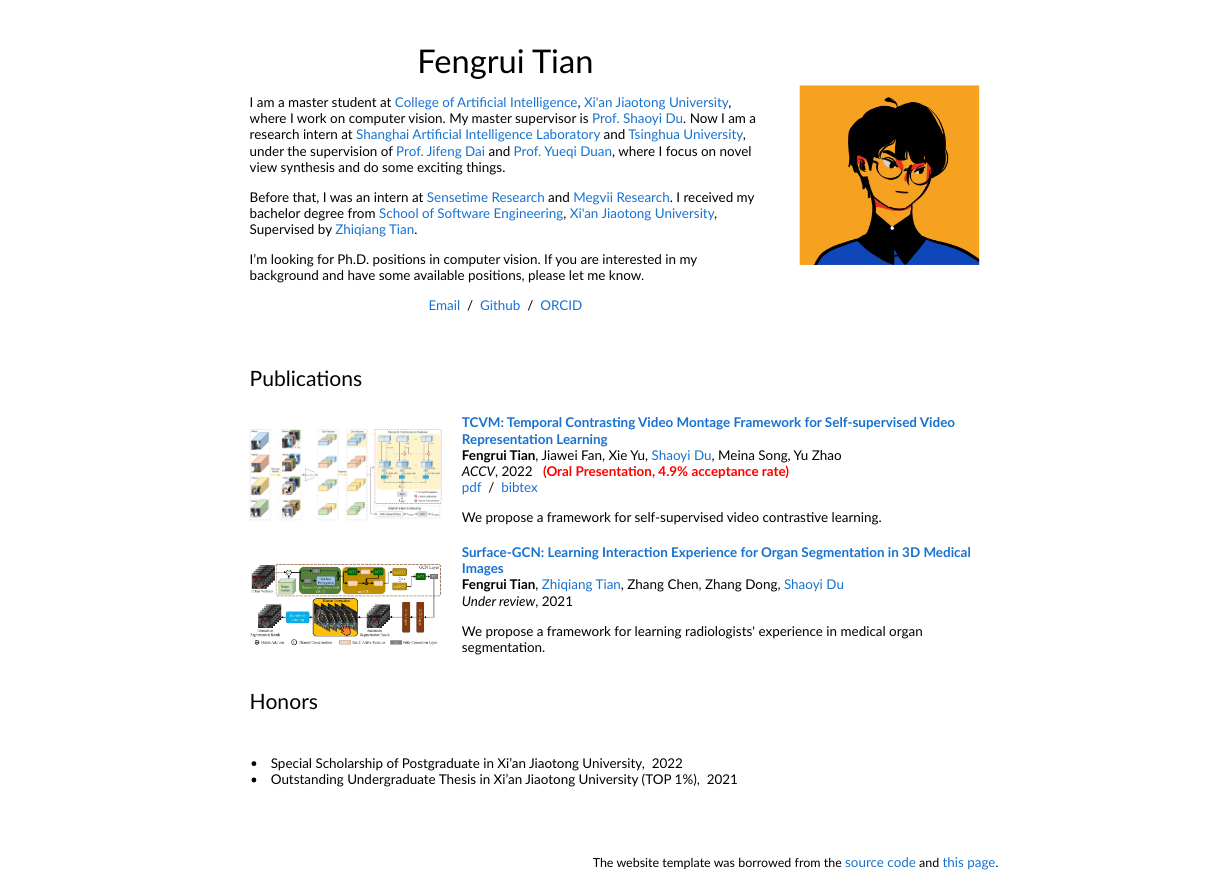
Repository: tianfr/tianfr.github.io
Page: index.html
The author's editor kept a copy of each file at every save. The page is drawn from the files as they stood at one save, then again after the next save.
The browser window is 1280 px wide. The pictures show the whole page, at 96% of full size.

Above is the page before, as saved 2022-11-20 16:18:44.

### index.html
<!DOCTYPE HTML>
<html lang="en"><head><meta http-equiv="Content-Type" content="text/html; charset=UTF-8">

  <title>Fengrui Tian </title>

  <meta name="author" content="Fengrui Tian">
  <meta name="viewport" content="width=device-width, initial-scale=1">

  <link rel="stylesheet" type="text/css" href="stylesheet.css">
	<link rel="icon" href="data:[embedded picture, 141 characters]">
</head>

<body>
  <table style="width:100%;max-width:800px;border:0px;border-spacing:0px;border-collapse:separate;margin-right:auto;margin-left:auto;"><tbody>
    <tr style="padding:0px">
      <td style="padding:0px">
        <table style="width:100%;border:0px;border-spacing:0px;border-collapse:separate;margin-right:auto;margin-left:auto;"><tbody>
          <tr style="padding:0px">
            <td style="padding:2.5%;width:63%;vertical-align:middle">
              <p style="text-align:center">
                <name>
                  Fengrui Tian
                  <!-- <font face="KaiTi" size="6">田丰瑞</font> -->
                </name>
              </p>
              <p>I am a master student at <a href="http://iair.xjtu.edu.cn/">College of Artificial Intelligence</a>, <a href="http://www.xjtu.edu.cn/">Xi'an Jiaotong University</a>, where I work on computer vision. My master supervisor is <a href="https://gr.xjtu.edu.cn/en/web/dushaoyi/home">Prof. Shaoyi Du</a>. Now I am a research intern at <a href="https://www.shlab.org.cn/">Shanghai Artificial Intelligence Laboratory</a> and <a href="https://www.tsinghua.edu.cn/">Tsinghua University</a>, under the supervision of <a href="https://jifengdai.org/">Prof. Jifeng Dai</a> and  <a href="https://duanyueqi.github.io/">Prof. Yueqi Duan</a>, where I focus on novel view synthesis and do some exciting things.
              </p>
              <p> Before that, I was an intern at <a href="https://www.sensetime.com/">Sensetime Research</a> and
                <a href="https://www.megvii.com/">Megvii Research</a>. I received my bachelor degree from  <a href="https://blog.google/products/google-ar-vr/introducing-next-generation-jump/">School of Software Engineering</a>, <a href="http://www.xjtu.edu.cn/">Xi'an Jiaotong University</a>, Supervised by <a href="https://gr.xjtu.edu.cn/en/web/zhiqiangtian/home">Zhiqiang Tian</a>.
              </p>
              <p>  I’m looking for Ph.D. positions in computer vision. If you are interested in my background and have some available positions, please let me know.
              </p>
              <p style="text-align:center">
                <a href="mailto:tianfr@stu.xjtu.edu.cn">Email</a> &nbsp/&nbsp
                <!-- <a href="data/JonBarron-CV.pdf">CV</a> &nbsp/&nbsp -->
                <!-- <a href="data/JonBarron-bio.txt">Bio</a> &nbsp/&nbsp -->
                <!-- <a href="https://scholar.google.com/citations?hl=en&user=jktWnL8AAAAJ">Google Scholar</a> &nbsp/&nbsp -->
                <!-- <a href="https://twitter.com/jon_barron">Twitter</a> &nbsp/&nbsp -->
                <a href="https://github.com/tianfr/">Github</a> &nbsp/&nbsp
                <a href="https://orcid.org/0000-0002-9577-5276">ORCID</a>
              </p>
            </td>
            <td style="padding:2.5%;width:25%;max-width:25%">
              <a href="images/Fengrui_Tian_avatar.jpg"><img style="width:100%;max-width:100%" alt="profile photo" src="images/Fengrui_Tian_avatar.jpg" class="hoverZoomLink"></a>
            </td>
          </tr>
        <!-- </tbody></table>
        <table style="width:100%;border:0px;border-spacing:0px;border-collapse:separate;margin-right:auto;margin-left:auto;"><tbody>
            <tr>
            <td style="padding:20px;width:100%;vertical-align:middle">
              <heading>Research</heading>
              <p>
                I'm interested in computer vision, machine learning, optimization, and image processing. Much of my research is about inferring the physical world (shape, motion, color, light, etc) from images. Representative papers are <span class="highlight">highlighted</span>.
              </p>
            </td>
          </tr>
        </tbody></table> -->
        <table width="100%" align="center" border="0" cellspacing="0" cellpadding="20"><tbody>
          <tr>
            <td>
              <heading>Publications</heading>
            </td>
          </tr>
        </tbody></table>
        <table style="width:100%;border:0px;border-spacing:0px;border-collapse:separate;margin-right:auto;margin-left:auto;"><tbody>

          <tr onmouseout="dreamfusion_stop()" onmouseover="dreamfusion_start()">
            <td style="padding:20px;width:25%;vertical-align:middle">
              <img src="images/tcvm_overview.jpg" alt="prl" width="200" height="95">
            </td>
            <!-- <td style="padding:20px;width:25%;vertical-align:middle">
              <div class="one">
                <div class="two" id='dreamfusion_image'><video  width=100% height=100% muted autoplay loop>
                <source src="images/dreamfusion.mp4" type="video/mp4">
                Your browser does not support the video tag.
                </video></div>
                <img src='images/tcvm_overview.jpg' width="160">
              </div>
              <script type="text/javascript">
                function dreamfusion_start() {
                  document.getElementById('dreamfusion_image').style.opacity = "1";
                }

                function dreamfusion_stop() {
                  document.getElementById('dreamfusion_image').style.opacity = "0";
                }
                dreamfusion_stop()
              </script>
            </td> -->
            <!-- <td style="padding:20px;width:75%;vertical-align:middle"> -->
            <td width="75%" valign="middle">
              <a href="paper/22accv_tcvm.pdf">
                <papertitle>TCVM: Temporal Contrasting Video Montage Framework for Self-supervised Video Representation Learning</papertitle>
              </a>
              <br>
              <strong>Fengrui Tian</strong>,
              Jiawei Fan,
              Xie Yu,
              <a href="https://gr.xjtu.edu.cn/en/web/dushaoyi/home">Shaoyi Du</a>,
              Meina Song,
              Yu Zhao
              <br>
              <em>ACCV</em>, 2022 &nbsp <font color="red"><strong>(Oral Presentation, 4.9% acceptance rate)</strong></font>
              <br>
              <a href="paper/22accv_tcvm.pdf">pdf</a>  &nbsp/&nbsp
              <a href="data/accv22TCVM.bib">bibtex</a>
              <p></p>
              <p>
              We propose a framework for self-supervised video contrastive learning.
              </p>
            </td>
          </tr>


          <tr>
            <td style="padding:20px;width:25%;vertical-align:middle">
              <img src="images/surfacegcn.jpg" alt="prl" width="200" height="85">
            </td>
            <td width="75%" valign="middle">
              <a href="">
                <papertitle>Surface-GCN: Learning Interaction Experience for Organ Segmentation in 3D Medical Images</papertitle>
              </a>
              <br>
              <strong>Fengrui Tian</strong>,
              <a href="https://gr.xjtu.edu.cn/en/web/zhiqiangtian/home">Zhiqiang Tian</a>,
              Zhang Chen,
              Zhang Dong,
              <a href="https://gr.xjtu.edu.cn/en/web/dushaoyi/home">Shaoyi Du</a>
              <br>
              <em>Under review</em>, 2021
              <br>
              <!-- <a href="data/BarronPRL2009.bib">bibtex</a> -->
              <p>We propose a framework for learning radiologists' experience in medical organ segmentation.</p>
            </td>
          </tr>

        </tbody></table>


        <table width="100%" align="center" border="0" cellspacing="0" cellpadding="20"><tbody>
          <tr>
            <td>
              <heading>Honors</heading>
            </td>
          </tr>
        </tbody></table>
        <table width="100%" align="center" border="0" cellpadding="20"><tbody>
          <tr>
            <td style="padding:20px;width:100%;vertical-align:middle">
              <li>Special Scholarship of Postgraduate in Xi’an Jiaotong University,&nbsp; 2022 </li>
              <li>Outstanding Undergraduate Thesis in Xi’an Jiaotong University (TOP 1%),&nbsp; 2021 </li> <br>
          </td>

          </tr>


        </tbody></table>
        <table style="width:100%;border:0px;border-spacing:0px;border-collapse:separate;margin-right:auto;margin-left:auto;"><tbody>
          <tr>
            <td style="padding:0px">
              <br>
              <p style="text-align:right;font-size:small;">
                The website template was borrowed from the <a href="https://github.com/jonbarron/website">source code</a> and <a href="https://jonbarron.info/"> this page</a>.
              </p>
            </td>
          </tr>
        </tbody></table>
      </td>
    </tr>
  </table>
</body>

</html>

### stylesheet.css
/* latin-ext */
@font-face {
  font-family: 'Lato';
  font-style: italic;
  font-weight: 400;
  src: local('Lato Italic'), local('Lato-Italic'), url(https://fonts.gstatic.com/s/lato/v15/S6u8w4BMUTPHjxsAUi-qNiXg7eU0.woff2) format('woff2');
  unicode-range: U+0100-024F, U+0259, U+1E00-1EFF, U+2020, U+20A0-20AB, U+20AD-20CF, U+2113, U+2C60-2C7F, U+A720-A7FF;
}
/* latin */
@font-face {
  font-family: 'Lato';
  font-style: italic;
  font-weight: 400;
  src: local('Lato Italic'), local('Lato-Italic'), url(https://fonts.gstatic.com/s/lato/v15/S6u8w4BMUTPHjxsAXC-qNiXg7Q.woff2) format('woff2');
  unicode-range: U+0000-00FF, U+0131, U+0152-0153, U+02BB-02BC, U+02C6, U+02DA, U+02DC, U+2000-206F, U+2074, U+20AC, U+2122, U+2191, U+2193, U+2212, U+2215, U+FEFF, U+FFFD;
}
/* latin-ext */
@font-face {
  font-family: 'Lato';
  font-style: italic;
  font-weight: 700;
  src: local('Lato Bold Italic'), local('Lato-BoldItalic'), url(https://fonts.gstatic.com/s/lato/v15/S6u_w4BMUTPHjxsI5wq_FQftx9897sxZ.woff2) format('woff2');
  unicode-range: U+0100-024F, U+0259, U+1E00-1EFF, U+2020, U+20A0-20AB, U+20AD-20CF, U+2113, U+2C60-2C7F, U+A720-A7FF;
}
/* latin */
@font-face {
  font-family: 'Lato';
  font-style: italic;
  font-weight: 700;
  src: local('Lato Bold Italic'), local('Lato-BoldItalic'), url(https://fonts.gstatic.com/s/lato/v15/S6u_w4BMUTPHjxsI5wq_Gwftx9897g.woff2) format('woff2');
  unicode-range: U+0000-00FF, U+0131, U+0152-0153, U+02BB-02BC, U+02C6, U+02DA, U+02DC, U+2000-206F, U+2074, U+20AC, U+2122, U+2191, U+2193, U+2212, U+2215, U+FEFF, U+FFFD;
}
/* latin-ext */
@font-face {
  font-family: 'Lato';
  font-style: normal;
  font-weight: 400;
  src: local('Lato Regular'), local('Lato-Regular'), url(https://fonts.gstatic.com/s/lato/v15/S6uyw4BMUTPHjxAwXiWtFCfQ7A.woff2) format('woff2');
  unicode-range: U+0100-024F, U+0259, U+1E00-1EFF, U+2020, U+20A0-20AB, U+20AD-20CF, U+2113, U+2C60-2C7F, U+A720-A7FF;
}
/* latin */
@font-face {
  font-family: 'Lato';
  font-style: normal;
  font-weight: 400;
  src: local('Lato Regular'), local('Lato-Regular'), url(https://fonts.gstatic.com/s/lato/v15/S6uyw4BMUTPHjx4wXiWtFCc.woff2) format('woff2');
  unicode-range: U+0000-00FF, U+0131, U+0152-0153, U+02BB-02BC, U+02C6, U+02DA, U+02DC, U+2000-206F, U+2074, U+20AC, U+2122, U+2191, U+2193, U+2212, U+2215, U+FEFF, U+FFFD;
}
/* latin-ext */
@font-face {
  font-family: 'Lato';
  font-style: normal;
  font-weight: 700;
  src: local('Lato Bold'), local('Lato-Bold'), url(https://fonts.gstatic.com/s/lato/v15/S6u9w4BMUTPHh6UVSwaPGQ3q5d0N7w.woff2) format('woff2');
  unicode-range: U+0100-024F, U+0259, U+1E00-1EFF, U+2020, U+20A0-20AB, U+20AD-20CF, U+2113, U+2C60-2C7F, U+A720-A7FF;
}
/* latin */
@font-face {
  font-family: 'Lato';
  font-style: normal;
  font-weight: 700;
  src: local('Lato Bold'), local('Lato-Bold'), url(https://fonts.gstatic.com/s/lato/v15/S6u9w4BMUTPHh6UVSwiPGQ3q5d0.woff2) format('woff2');
  unicode-range: U+0000-00FF, U+0131, U+0152-0153, U+02BB-02BC, U+02C6, U+02DA, U+02DC, U+2000-206F, U+2074, U+20AC, U+2122, U+2191, U+2193, U+2212, U+2215, U+FEFF, U+FFFD;
}

a {
  color: #1772d0;
  text-decoration: none;
}

a:focus,
a:hover {
  color: #f09228;
  text-decoration: none;
}

body,
td,
th,
tr,
p,
a {
  font-family: 'Lato', Verdana, Helvetica, sans-serif;
  font-size: 14px
}

strong {
  font-family: 'Lato', Verdana, Helvetica, sans-serif;
  font-size: 14px;
}

heading {
  font-family: 'Lato', Verdana, Helvetica, sans-serif;
  font-size: 22px;
}

papertitle {
  font-family: 'Lato', Verdana, Helvetica, sans-serif;
  font-size: 14px;
  font-weight: 700
}

name {
  font-family: 'Lato', Verdana, Helvetica, sans-serif;
  font-size: 34px;
}

.one {
  width: 160px;
  height: 160px;
  position: relative;
}

.two {
  width: 160px;
  height: 160px;
  position: absolute;
  transition: opacity .2s ease-in-out;
  -moz-transition: opacity .2s ease-in-out;
  -webkit-transition: opacity .2s ease-in-out;
}

.fade {
  transition: opacity .2s ease-in-out;
  -moz-transition: opacity .2s ease-in-out;
  -webkit-transition: opacity .2s ease-in-out;
}

span.highlight {
  background-color: #ffffd0;
}

After the next save:
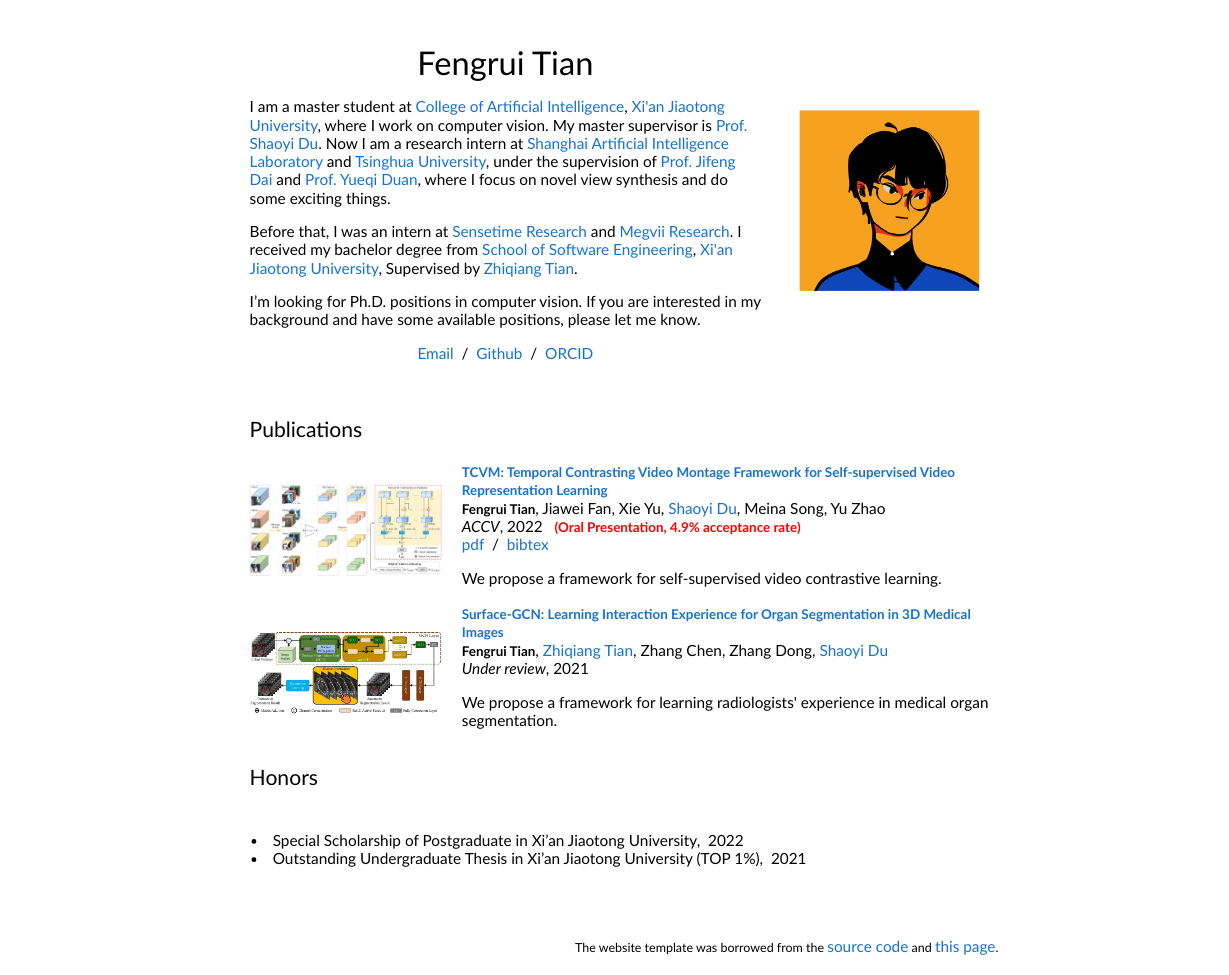
Saved 20 s later.
--- a/stylesheet.css
+++ b/stylesheet.css
@@ -81,7 +81,7 @@
 p,
 a {
   font-family: 'Lato', Verdana, Helvetica, sans-serif;
-  font-size: 14px
+  font-size: 16px
 }
 
 strong {

After the save that followed:
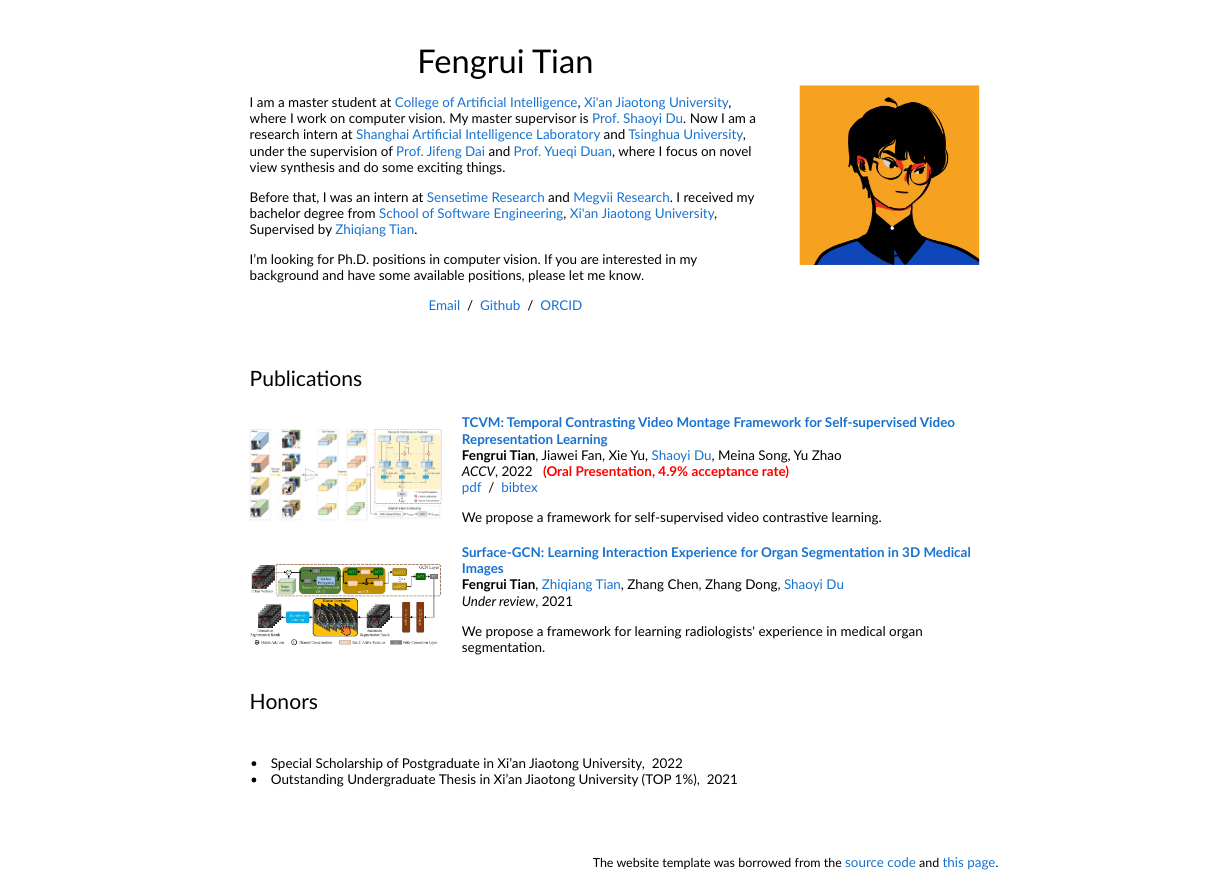
Saved 21 s later.
--- a/stylesheet.css
+++ b/stylesheet.css
@@ -81,7 +81,7 @@
 p,
 a {
   font-family: 'Lato', Verdana, Helvetica, sans-serif;
-  font-size: 16px
+  font-size: 14px
 }
 
 strong {
